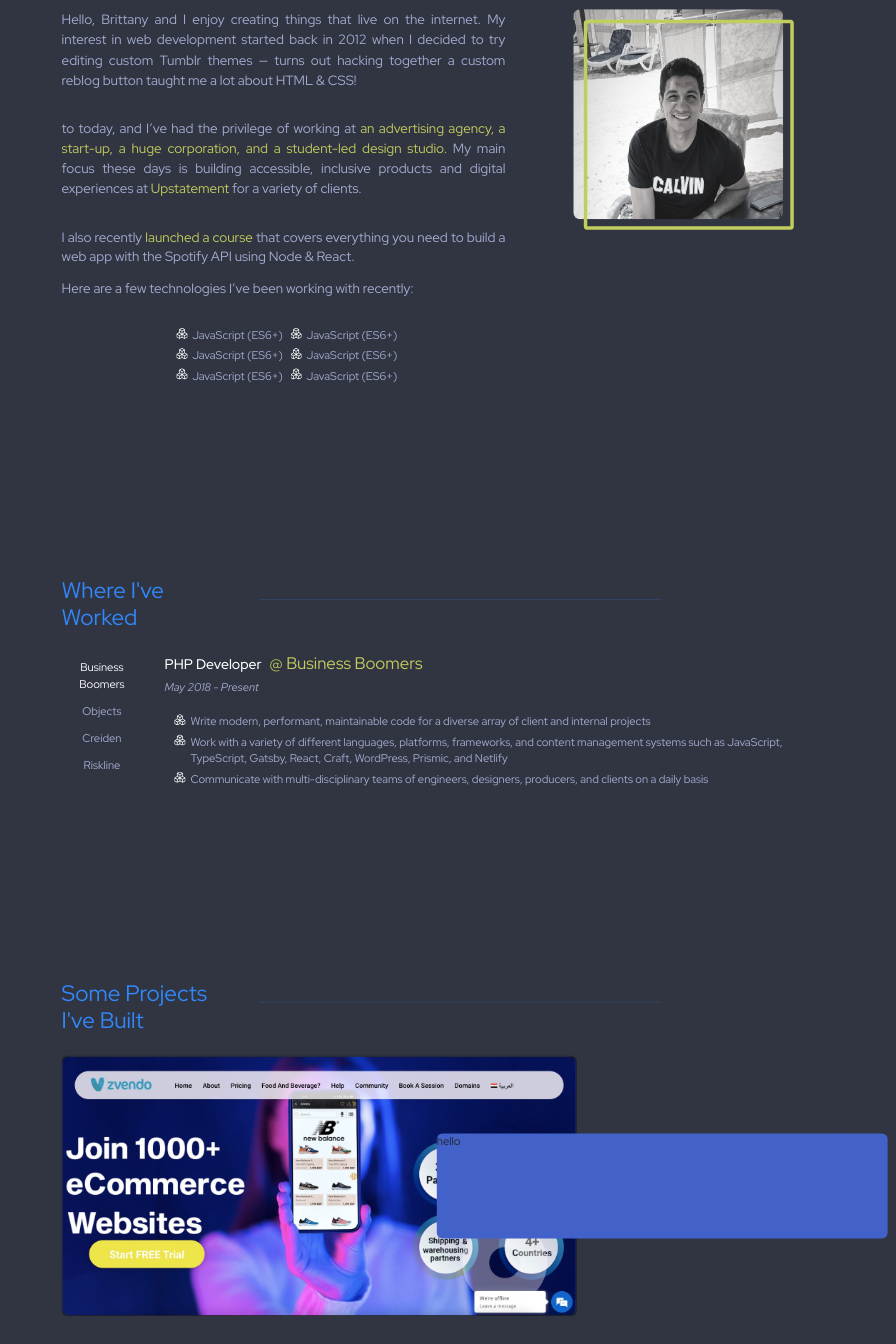
Repository: aya7abbal/Talaat-s-Portfolio
Page: index.html
An editor plug-in stored every save of this project. The page is shown before and after the next save, followed by the edit.
The browser window is 1280 px wide. The pictures show the part of the page from y = 943 to 2863 px (the page is 2863 px tall), at 70% of full size.
Some web libraries are served in a nearby version. The style sheet was rebuilt from its Sass, Less or Tailwind sources for each picture, by a compiler version that may differ from the author's.

Above is the page before, as saved 2022-02-07 19:14:27.

After the next save:
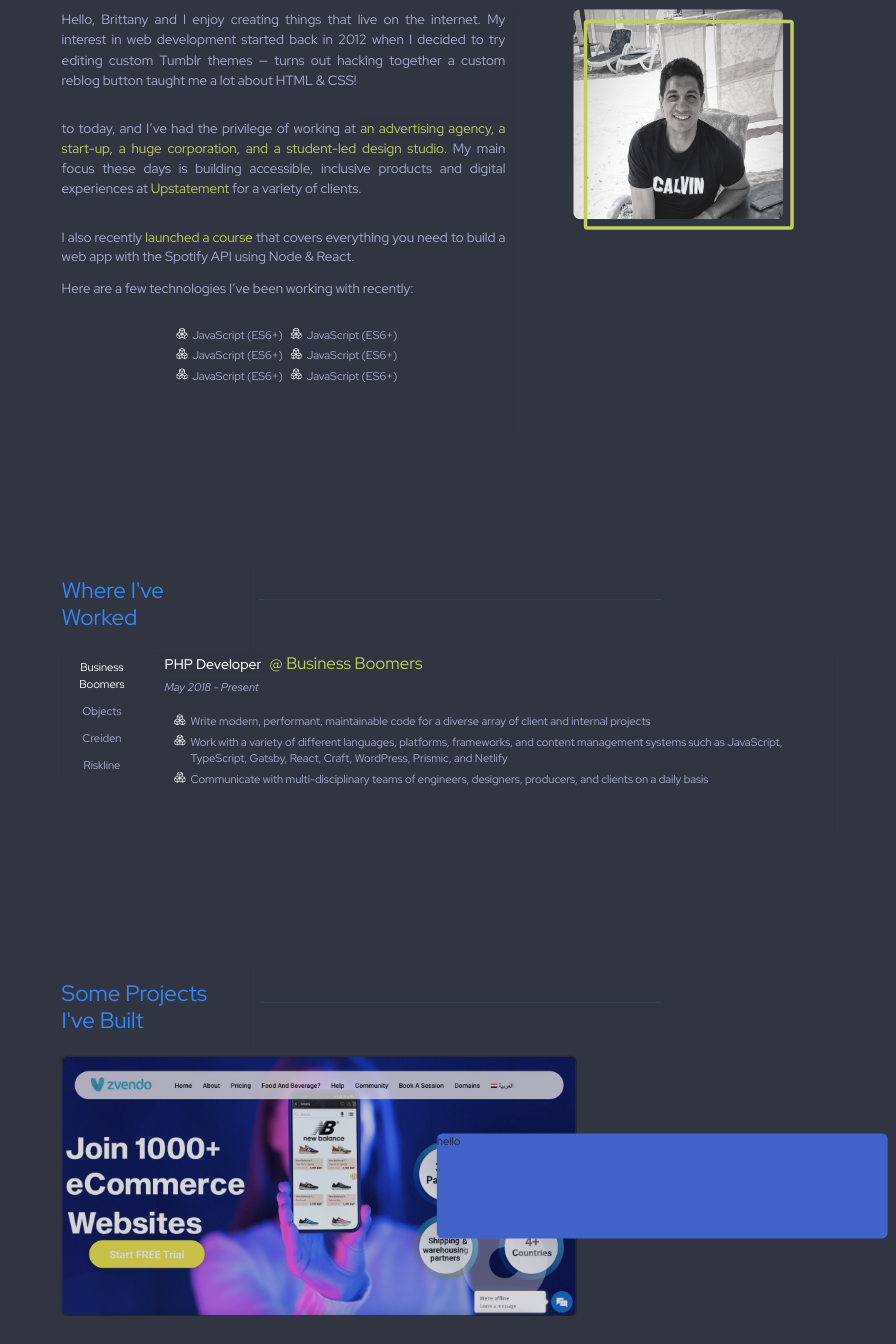
Saved 29 s later.
--- a/styles/components/_projects.scss
+++ b/styles/components/_projects.scss
@@ -3,6 +3,7 @@
 
    .card{
        border-radius: 8px;
+opacity: 80%;
    }
 
 .card-img-overlay {
